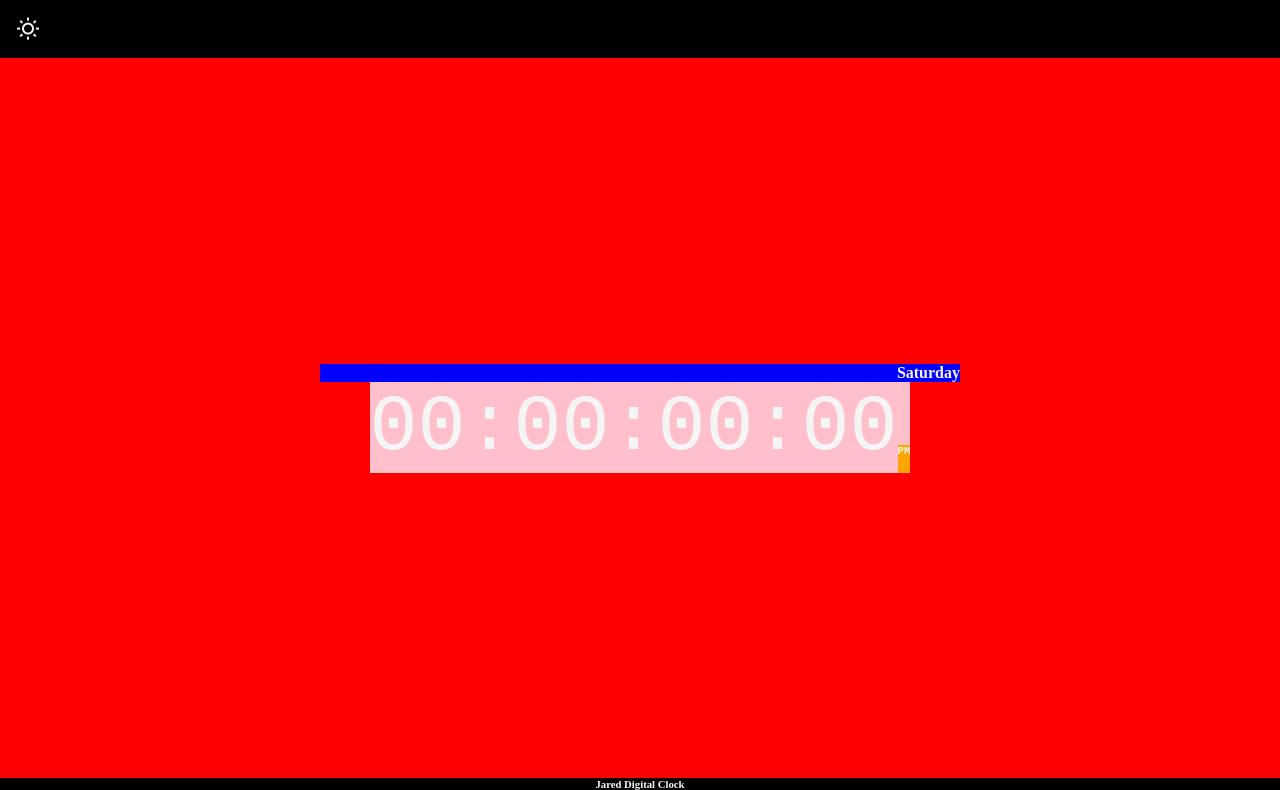
Repository: EguJaredoBoyd/Jared-Digital-Clock
Page: index.html
These files come from the project's save history. The page is drawn as it stood at one moment and after the next save; the edit follows.
The browser window is 1280 px wide. The pictures show the whole page.
Some web libraries are served in a nearby version.

Above is the page before, as saved 2026-01-03 23:48:16.

After the next save:
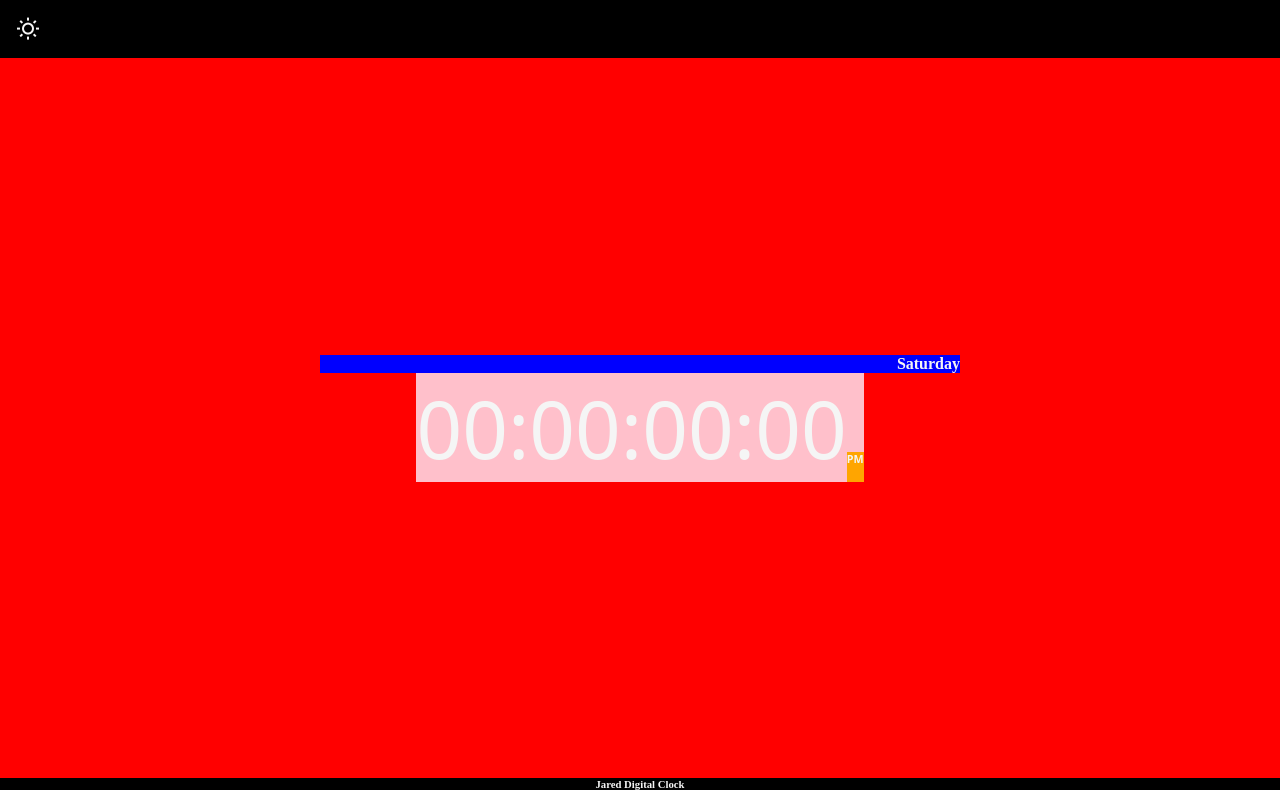
Saved 44 s later.
--- a/css/styles.css
+++ b/css/styles.css
@@ -46,7 +46,8 @@ header button i {
 .watch-container__time {
   background-color: pink;
   display: flex;
-  font-family: "Courier New", Courier, monospace;
+  font-family: system-ui, -apple-system, BlinkMacSystemFont, "Segoe UI", Roboto,
+    Oxygen, Ubuntu, Cantarell, "Open Sans", "Helvetica Neue", sans-serif;
 }
 
 .watch-container__time p {
